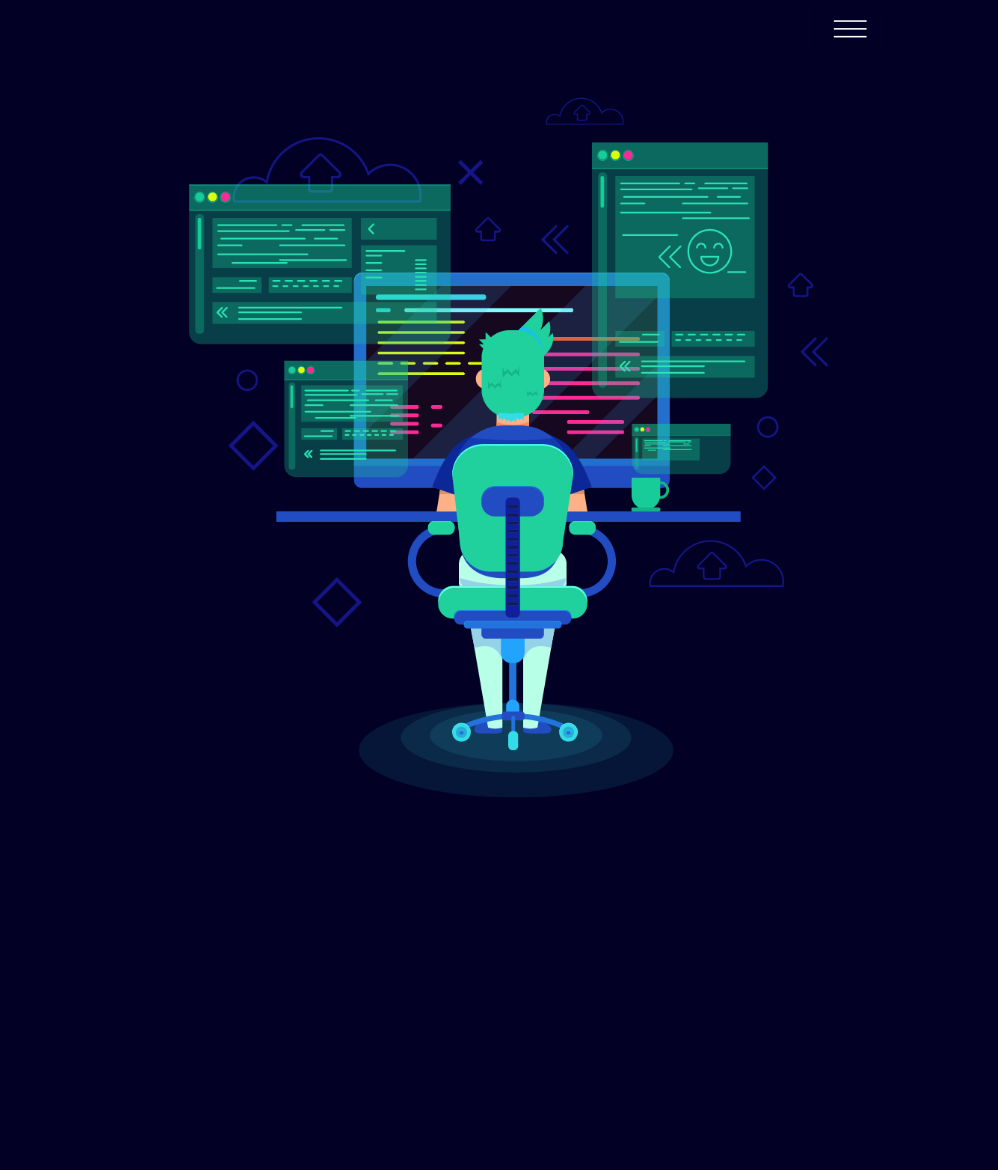
Repository: JuanPabloDS/portifolio
Page: http://localhost/
An editor plug-in stored every save of this project. The page is shown before and after the next save, followed by the edit.
The browser window is 1280 px wide. The pictures show the whole page, at 78% of full size.
The page is served by the project's application, run on Django 4.2 (manage.py).

Above is the page before, as saved 2023-02-24 16:58:29.

After the next save:
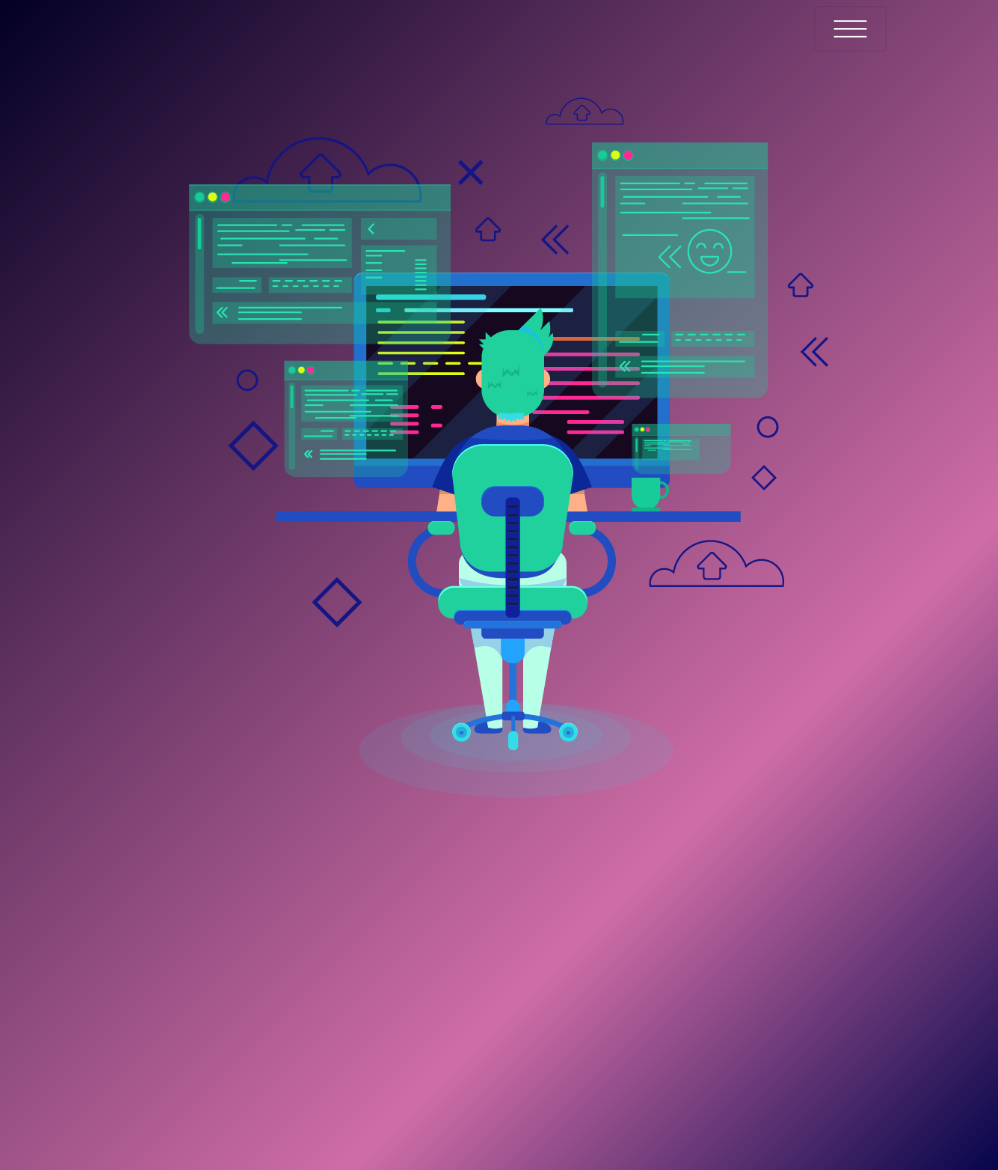
Saved 20 s later.
--- a/core/static/css/style.css
+++ b/core/static/css/style.css
@@ -6,10 +6,9 @@ body{
     height: 1500px;
     background: linear-gradient(
   135deg,
-  rgba(2, 0, 36, 1) 100%,
-  #06054b 0%,
-  #cf6da6 100%
-
+  rgba(2, 0, 36, 1) 0%,
+  #cf6da6 70%,
+  #06054b 100%
 );
 
 }
